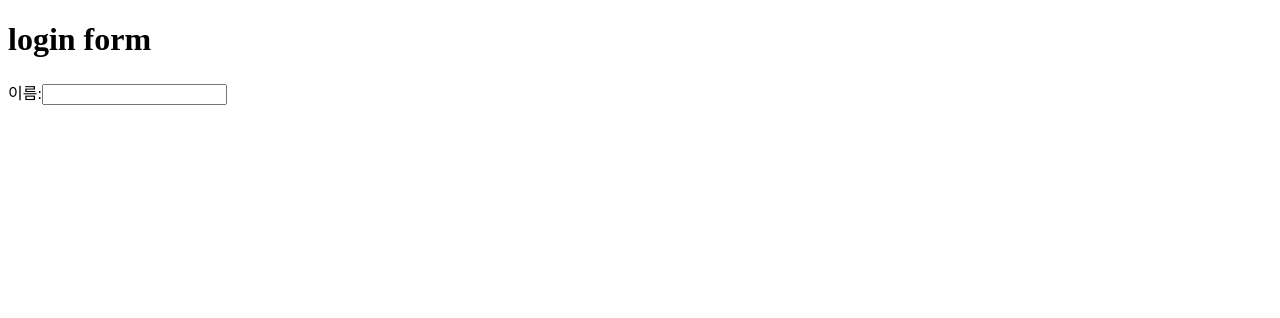
Repository: choicoding1026/Django
Page: django_workshop02/myapp/templates/memberForm.html
The author's editor kept a copy of each file at every save. The page is drawn from the files as they stood at one save, then again after the next save.
The browser window is 1280 px wide. The pictures show the whole page.

Above is the page before, as saved 2020-09-24 05:37:09.

After the next save:
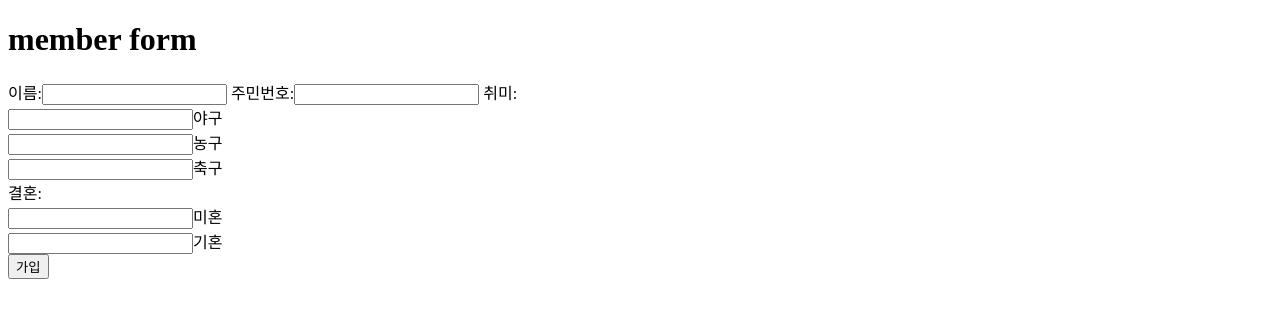
Saved 7 min 10 s later.
--- a/django_workshop02/myapp/templates/memberForm.html
+++ b/django_workshop02/myapp/templates/memberForm.html
@@ -5,7 +5,16 @@
 <title>Insert title here</title>
 </head>
 <body>
-<h1>login form</h1>
+<h1>member form</h1>
 이름:<input type="text" name="userName" >
+주민번호:<input type="text" name="userIdn" >
+취미:<br>
+<input type:"checkbox" name="baseball">야구<br>
+<input type:"checkbox" name="basketball">농구<br>
+<input type:"checkbox" name="football">축구<br>
+결혼:<br>
+<input type:"checkbox" name="notMarried">미혼<br>
+<input type:"checkbox" name="married">기혼<br>
+<button onclick="">가입</button>
 </body>
 </html>
